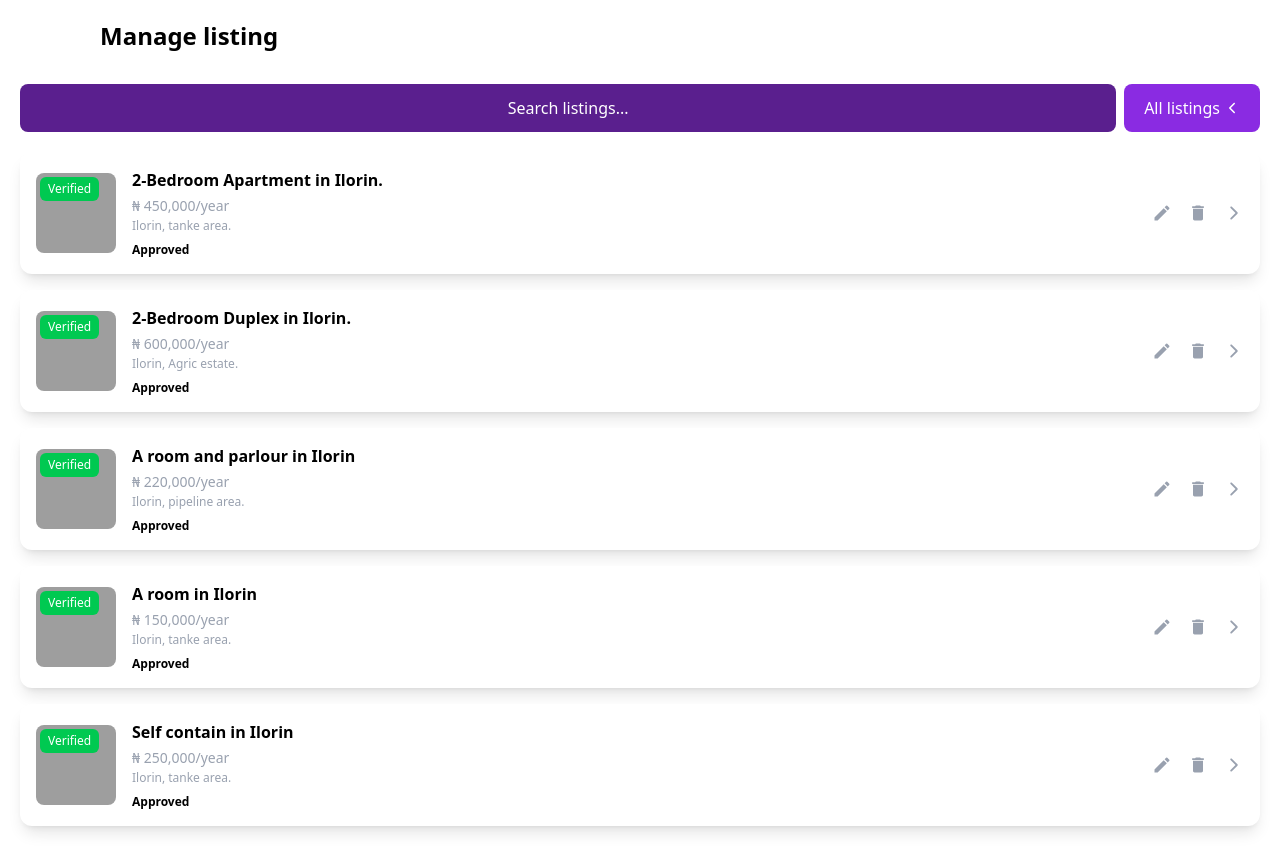
Repository: Em-driod/spotify-clone
Page: /Manage
The author's editor kept a copy of each file at every save. The page is drawn from the files as they stood at one save, then again after the next save.
The browser window is 1280 px wide. The pictures show the whole page.
Pictures or frames that could not be fetched are drawn as grey boxes. The project was rebuilt for these pictures with package versions that can differ from the ones it lists, and the page was loaded fresh each time. Also part of the build but not shown: vite.config.ts, src/pages/veryify.tsx, src/pages/LandingPage.tsx, src/pages/Back.tsx, src/pages/Change.tsx, src/pages/onboard.tsx, src/pages/Skips.tsx, src/pages/Otp.tsx and 6 more.

Above is the page before, as saved 2025-07-09 16:50:12.

### src/App.tsx
import { BrowserRouter as Router, Routes, Route, useLocation } from 'react-router-dom';
import { AnimatePresence } from 'framer-motion';
import Welcome from './pages/veryify';
import LandingPage from './pages/LandingPage';
import Back from './pages/Back';
import Change from './pages/Change';
import Skips from './pages/Skips';
import Otp from './pages/Otp';
import First from './pages/First';
import Second from './pages/second';
import Fourth from './pages/fourth';
import Third from './pages/Third';
import Fifth from './pages/fifth';
import Signup from './pages/Signup';
import Manage from  './pages/Manage'


const AnimatedRoutes = () => {
  const location = useLocation();

  return (
    <AnimatePresence mode="wait">
      <Routes location={location} key={location.pathname}>
        <Route path="/" element={<LandingPage />} />
        <Route path="/skip" element={<Skips />} />
       <Route path="/welcome" element={<Welcome />} />
       <Route path="/back" element={<Back />} />
       <Route path="/forget" element={<Change />} />
       <Route path="/Otp" element={<Otp />} />
       <Route path="/first" element={<First />} />
       <Route path="/second" element={<Second />} />
        <Route path="/third" element={<Third />} />
        <Route path="/fourth" element={<Fourth />} />
        <Route path="/fifth" element={<Fifth />} />
        <Route path="/signup" element={<Signup />} />
        <Route path="/Manage" element={<Manage />} />
        {/* Add more routes as needed */}

      </Routes>
    </AnimatePresence>
  );
};

const App = () => {
  return (
    <Router>
      <AnimatedRoutes />
    </Router>
  );
};

export default App;

### src/pages/Manage.tsx


import { IoIosArrowBack, IoIosArrowDown } from 'react-icons/io';
import { MdEdit, MdDelete } from 'react-icons/md';

const Manage = () => {
  const listings = [
    {
      id: 1,
      image: '/path/to/your/bedroom-apartment.png', // Replace with actual image paths
      type: '2-Bedroom Apartment in Ilorin.',
      price: '₦ 450,000/year',
      location: 'Ilorin, tanke area.',
      status: 'Approved',
    },
    {
      id: 2,
      image: '/path/to/your/duplex.png',
      type: '2-Bedroom Duplex in Ilorin.',
      price: '₦ 600,000/year',
      location: 'Ilorin, Agric estate.',
      status: 'Approved',
    },
    {
      id: 3,
      image: '/path/to/your/room-parlour.png',
      type: 'A room and parlour in Ilorin',
      price: '₦ 220,000/year',
      location: 'Ilorin, pipeline area.',
      status: 'Approved',
    },
    {
      id: 4,
      image: '/path/to/your/room.png',
      type: 'A room in Ilorin',
      price: '₦ 150,000/year',
      location: 'Ilorin, tanke area.',
      status: 'Approved',
    },
    {
      id: 5,
      image: '/path/to/your/self-contain.png',
      type: 'Self contain in Ilorin',
      price: '₦ 250,000/year',
      location: 'Ilorin, tanke area.',
      status: 'Approved',
    },
  ];

  return (
    <div className="min-h-screen p-5 bg-white text-black font-sans">
      {/* Header */}
      <div className="flex items-center mb-8">
        <IoIosArrowBack size={24} className="text-white mr-5 cursor-pointer" />
        <h1 className="text-2xl font-bold text-center ml-9">Manage listing</h1>
      </div>

      {/* Search and Filter */}
      <div className="flex justify-between mb-5">
        <button className="bg-[#5a1f8e] text-white rounded-lg px-5 py-3 text-base cursor-pointer flex-1 mr-2">
          Search listings...
        </button>
        <button className="bg-[#8a2be2] text-white rounded-lg px-5 py-3 text-base cursor-pointer flex items-center">
          All listings <IoIosArrowDown size={16} className="ml-1 rotate-90" />
        </button>
      </div>

      {/* Listings */}
      <div>
        {listings.map((listing) => (
          <div key={listing.id} className="bg-white rounded-xl p-4 mb-4 flex items-center shadow-lg">
            <div className="relative mr-4">
              {/* Verified Badge */}
              <span className="absolute top-1 left-1 bg-green-500 text-white text-xs px-2 py-1 rounded-md z-10">Verified</span>
              <img src={listing.image} alt={listing.type} className="w-20 h-20 rounded-lg object-cover" />
            </div>
            <div className="flex-1">
              <h3 className="text-base font-bold mb-1">{listing.type}</h3>
              <p className="text-sm text-gray-400 mb-0.5">{listing.price}</p>
              <p className="text-xs text-gray-400 mb-2">{listing.location}</p>
              <p className="text-xs text- black font-bold">{listing.status}</p>
            </div>
            <div className="flex items-center">
              <MdEdit size={20} className="text-gray-400 ml-4 cursor-pointer" />
              <MdDelete size={20} className="text-gray-400 ml-4 cursor-pointer" />
              <IoIosArrowBack size={20} className="text-gray-400 ml-4 cursor-pointer rotate-180" /> {/* Rotated for forward */}
            </div>
          </div>
        ))}
      </div>
    </div>
  );
};

export default Manage;

Loaded but not shown: index.html (common file); src/main.tsx (common file); src/index.css (common file)

After the next save:
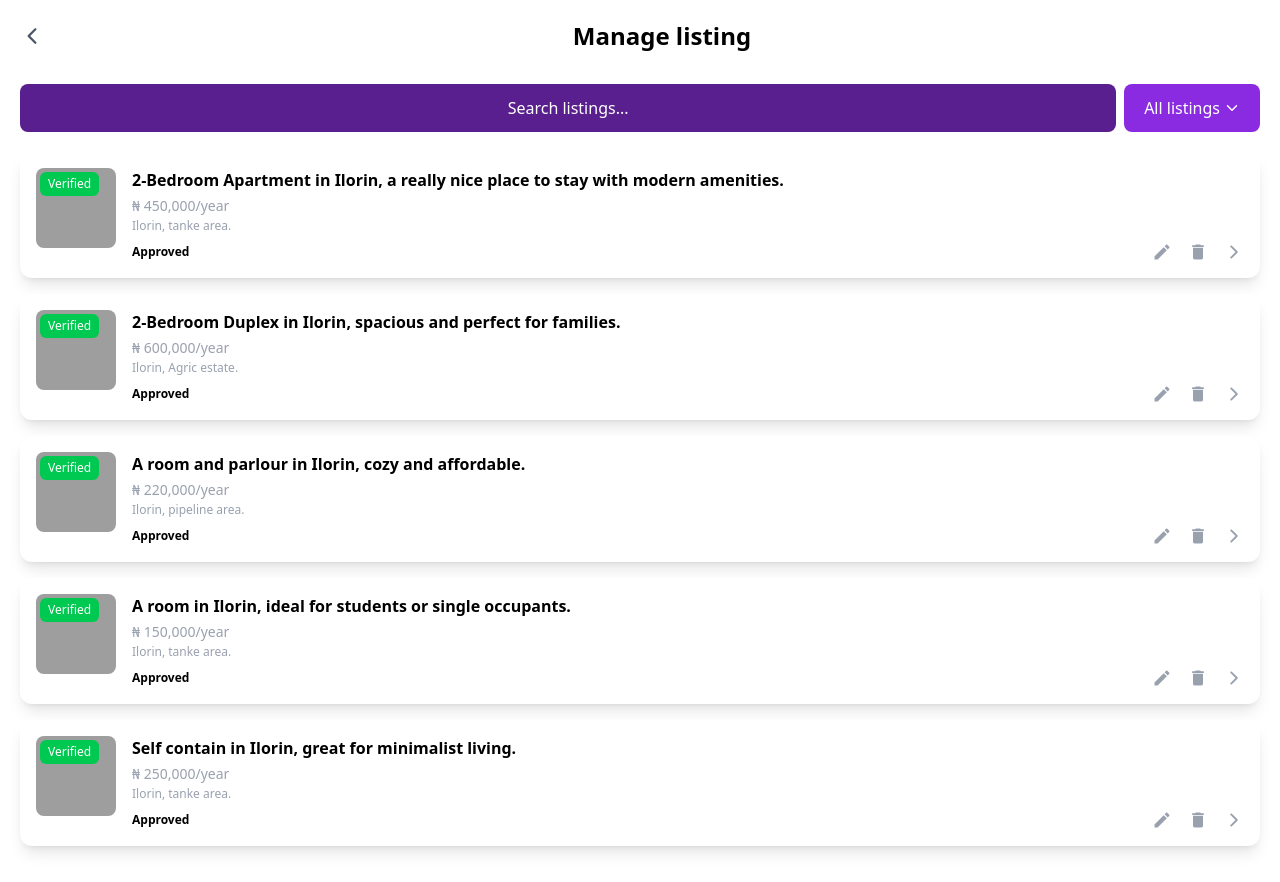
Saved 15 min 1 s later.
--- a/src/pages/Manage.tsx
+++ b/src/pages/Manage.tsx
@@ -1,5 +1,3 @@
-
-
 import { IoIosArrowBack, IoIosArrowDown } from 'react-icons/io';
 import { MdEdit, MdDelete } from 'react-icons/md';
 
@@ -8,7 +6,7 @@ const Manage = () => {
     {
       id: 1,
       image: '/path/to/your/bedroom-apartment.png', // Replace with actual image paths
-      type: '2-Bedroom Apartment in Ilorin.',
+      type: '2-Bedroom Apartment in Ilorin, a really nice place to stay with modern amenities.',
       price: '₦ 450,000/year',
       location: 'Ilorin, tanke area.',
       status: 'Approved',
@@ -16,7 +14,7 @@ const Manage = () => {
     {
       id: 2,
       image: '/path/to/your/duplex.png',
-      type: '2-Bedroom Duplex in Ilorin.',
+      type: '2-Bedroom Duplex in Ilorin, spacious and perfect for families.',
       price: '₦ 600,000/year',
       location: 'Ilorin, Agric estate.',
       status: 'Approved',
@@ -24,7 +22,7 @@ const Manage = () => {
     {
       id: 3,
       image: '/path/to/your/room-parlour.png',
-      type: 'A room and parlour in Ilorin',
+      type: 'A room and parlour in Ilorin, cozy and affordable.',
       price: '₦ 220,000/year',
       location: 'Ilorin, pipeline area.',
       status: 'Approved',
@@ -32,7 +30,7 @@ const Manage = () => {
     {
       id: 4,
       image: '/path/to/your/room.png',
-      type: 'A room in Ilorin',
+      type: 'A room in Ilorin, ideal for students or single occupants.',
       price: '₦ 150,000/year',
       location: 'Ilorin, tanke area.',
       status: 'Approved',
@@ -40,19 +38,31 @@ const Manage = () => {
     {
       id: 5,
       image: '/path/to/your/self-contain.png',
-      type: 'Self contain in Ilorin',
+      type: 'Self contain in Ilorin, great for minimalist living.',
       price: '₦ 250,000/year',
       location: 'Ilorin, tanke area.',
       status: 'Approved',
     },
   ];
 
+  const handleEdit = (id) => {
+    // Implement your edit logic here
+    console.log('Edit listing with ID:', id);
+    alert(`Editing listing with ID: ${id}`);
+  };
+
+  const handleDelete = (id) => {
+    // Implement your delete logic here
+    console.log('Delete listing with ID:', id);
+    alert(`Deleting listing with ID: ${id}`);
+  };
+
   return (
     <div className="min-h-screen p-5 bg-white text-black font-sans">
       {/* Header */}
       <div className="flex items-center mb-8">
-        <IoIosArrowBack size={24} className="text-white mr-5 cursor-pointer" />
-        <h1 className="text-2xl font-bold text-center ml-9">Manage listing</h1>
+        <IoIosArrowBack size={24} className="text-gray-600 mr-5 cursor-pointer" />
+        <h1 className="text-2xl font-bold text-center flex-grow">Manage listing</h1>
       </div>
 
       {/* Search and Filter */}
@@ -61,29 +71,31 @@ const Manage = () => {
           Search listings...
         </button>
         <button className="bg-[#8a2be2] text-white rounded-lg px-5 py-3 text-base cursor-pointer flex items-center">
-          All listings <IoIosArrowDown size={16} className="ml-1 rotate-90" />
+          All listings <IoIosArrowDown size={16} className="ml-1" />
         </button>
       </div>
 
       {/* Listings */}
       <div>
         {listings.map((listing) => (
-          <div key={listing.id} className="bg-white rounded-xl p-4 mb-4 flex items-center shadow-lg">
+          <div key={listing.id} className="bg-white rounded-xl p-4 mb-4 flex items-start shadow-lg">
             <div className="relative mr-4">
               {/* Verified Badge */}
               <span className="absolute top-1 left-1 bg-green-500 text-white text-xs px-2 py-1 rounded-md z-10">Verified</span>
               <img src={listing.image} alt={listing.type} className="w-20 h-20 rounded-lg object-cover" />
             </div>
-            <div className="flex-1">
-              <h3 className="text-base font-bold mb-1">{listing.type}</h3>
+            <div className="flex-1 min-w-0"> {/* Use min-w-0 to allow content to shrink */}
+              <h3 className="text-base font-bold mb-1 break-words">{listing.type}</h3> {/* break-words for long text */}
               <p className="text-sm text-gray-400 mb-0.5">{listing.price}</p>
               <p className="text-xs text-gray-400 mb-2">{listing.location}</p>
-              <p className="text-xs text- black font-bold">{listing.status}</p>
-            </div>
-            <div className="flex items-center">
-              <MdEdit size={20} className="text-gray-400 ml-4 cursor-pointer" />
-              <MdDelete size={20} className="text-gray-400 ml-4 cursor-pointer" />
-              <IoIosArrowBack size={20} className="text-gray-400 ml-4 cursor-pointer rotate-180" /> {/* Rotated for forward */}
+              <div className="flex items-center justify-between mt-2"> {/* New flex container for status and actions */}
+                <p className="text-xs text-black font-bold">{listing.status}</p>
+                <div className="flex items-center">
+                  <MdEdit size={20} className="text-gray-400 ml-4 cursor-pointer" onClick={() => handleEdit(listing.id)} />
+                  <MdDelete size={20} className="text-gray-400 ml-4 cursor-pointer" onClick={() => handleDelete(listing.id)} />
+                  <IoIosArrowBack size={20} className="text-gray-400 ml-4 cursor-pointer rotate-180" /> {/* Rotated for forward */}
+                </div>
+              </div>
             </div>
           </div>
         ))}
